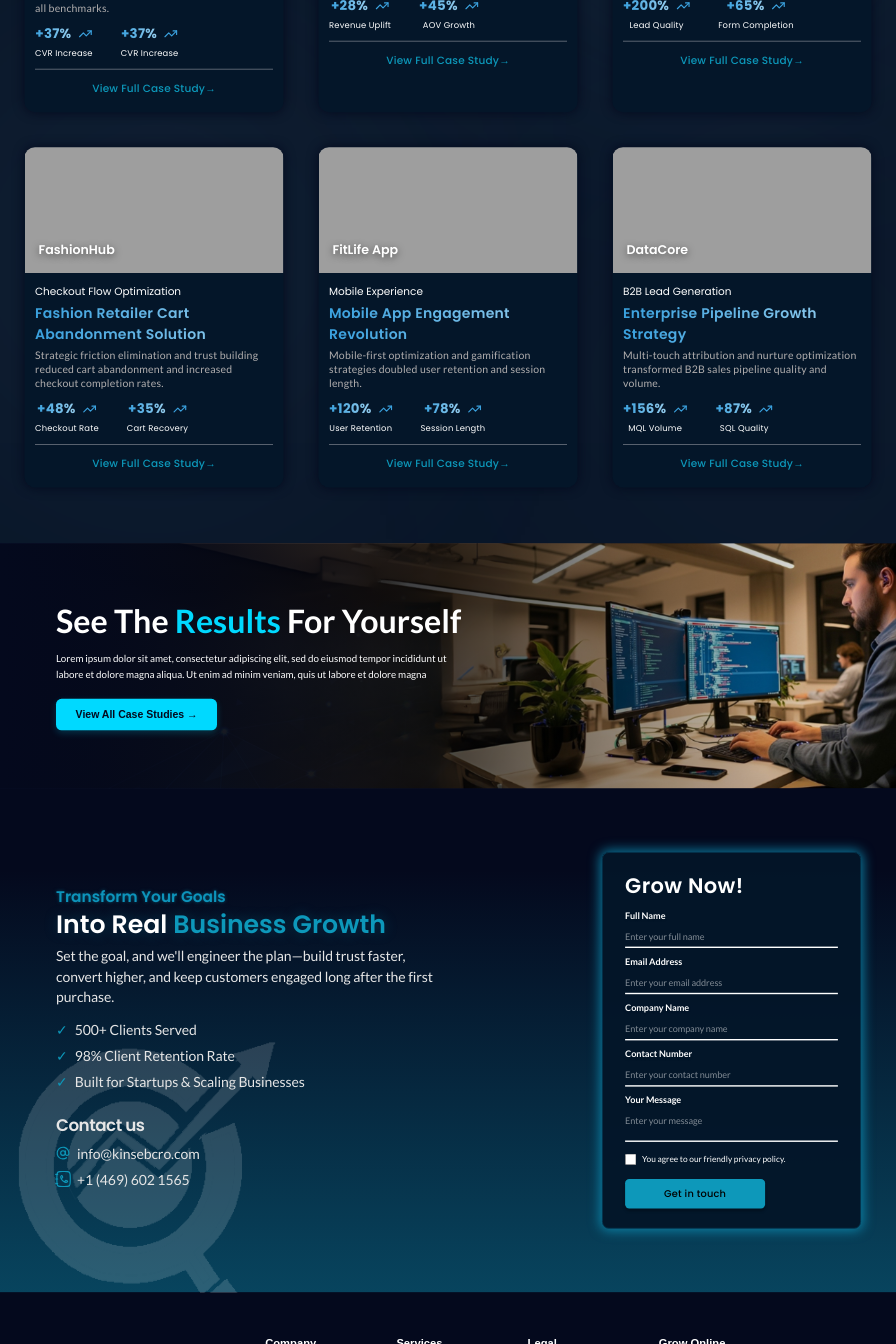
Repository: YahyaK01/Kinseb-cro
Page: /case-study
The author's editor kept a copy of each file at every save. The page is drawn from the files as they stood at one save, then again after the next save.
The browser window is 1280 px wide. The pictures show the part of the page from y = 1545 to 3465 px (the page is 3799 px tall), at 70% of full size.
Pictures or frames that could not be fetched are drawn as grey boxes. The project was rebuilt for these pictures with package versions that can differ from the ones it lists, and the page was loaded fresh each time. Also part of the build but not shown: src/components/FAQ.jsx, src/components/CTA.jsx, src/components/MetricsSection.jsx, src/components/WhyCROMatter.jsx, src/components/Processsection.jsx, src/components/Hero.jsx, src/components/marquee.jsx, src/components/CEO.jsx and 41 more.

Above is the page before, as saved 2025-12-15 12:05:09.

After the next save:
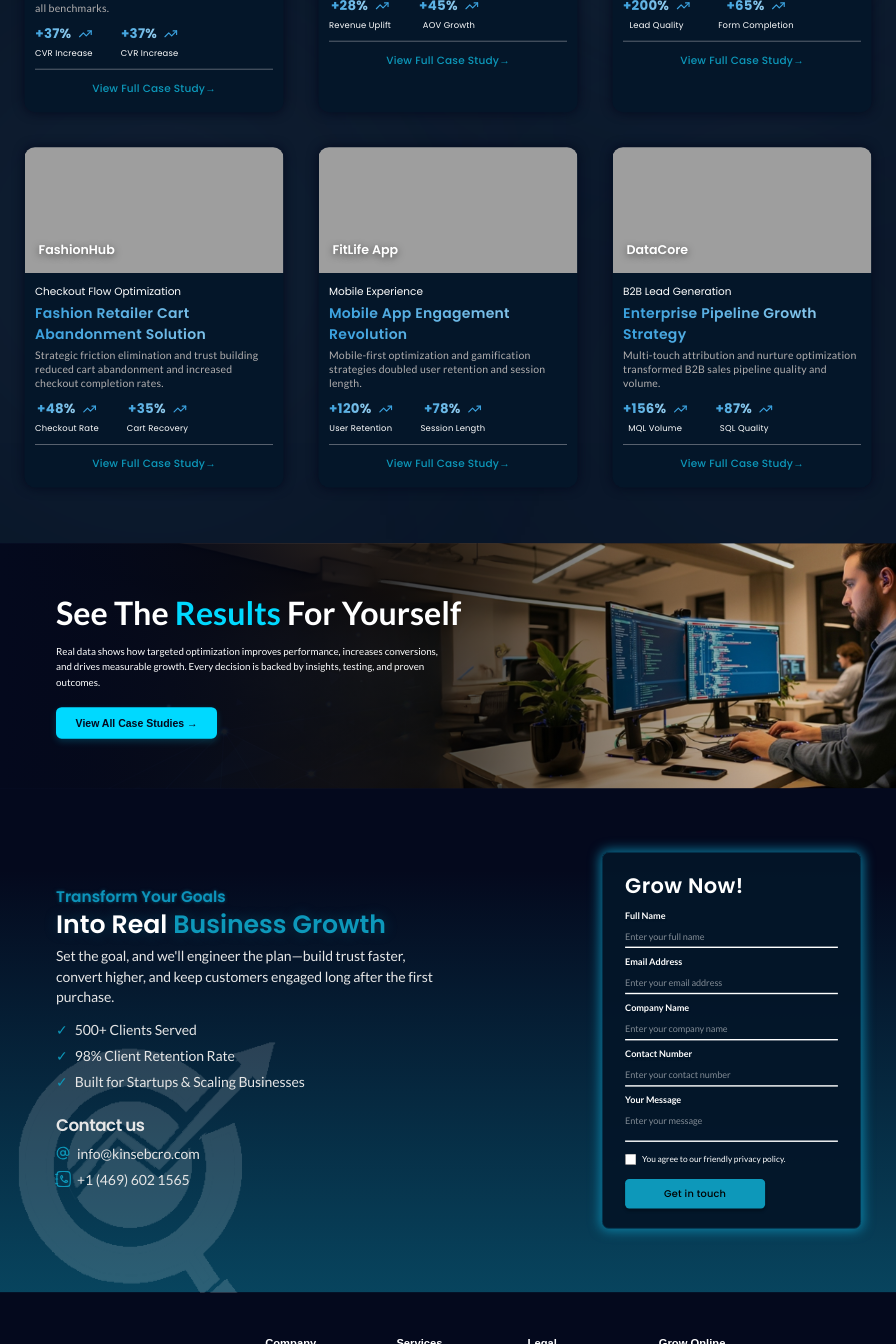
Saved 3 min 29 s later.
--- a/src/components/CaseStudiesCta.jsx
+++ b/src/components/CaseStudiesCta.jsx
@@ -157,8 +157,7 @@
           See The <span className="casestudiescta-highlight" style={casestudiesctaHighlightStyle}>Results</span> For Yourself
         </h1>
         <p className="casestudiescta-paragraph" style={casestudiesctaParagraphStyle}>
-          Lorem ipsum dolor sit amet, consectetur adipiscing elit, sed do eiusmod tempor incididunt ut
-          labore et dolore magna aliqua. Ut enim ad minim veniam, quis ut labore et dolore magna
+          Real data shows how targeted optimization improves performance, increases conversions, and drives measurable growth. Every decision is backed by insights, testing, and proven outcomes.
         </p>
         <button
           className="casestudiescta-button"
